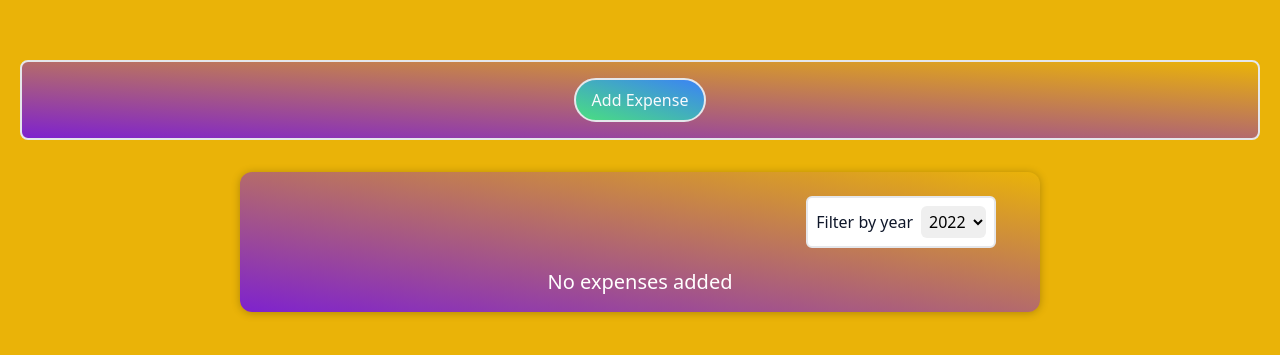
Repository: Sef24/expense-tracker
Page: /
The author's editor kept a copy of each file at every save. The page is drawn from the files as they stood at one save, then again after the next save.
The browser window is 1280 px wide. The pictures show the whole page.
The project was rebuilt for these pictures with package versions that can differ from the ones it lists, and the page was loaded fresh each time. Also part of the build but not shown: src/components/ExpenseItem.css, src/components/ExpenseDate.css, src/components/ExpenseDate.js, src/components/ExpenseItem.js, src/components/NewExpense/NewExpense.css, src/components/NewExpense/ExpenseForm.css, src/components/NewExpense/ExpenseForm.js.

Above is the page before, as saved 2022-05-03 20:48:59.

After the next save:
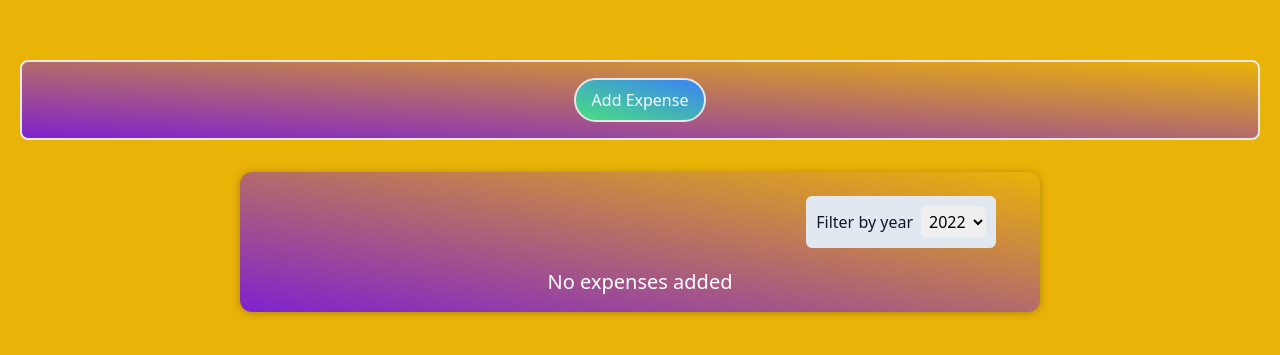
Saved 10 s later.
--- a/src/components/NewExpense/ExpensesFilter.js
+++ b/src/components/NewExpense/ExpensesFilter.js
@@ -9,7 +9,7 @@ const ExpensesFilter = (props) => {
       <div className="flex justify-end p-2 mr-5 ">
         <div
           className="border-2 rounded-md border-inherit p-2 ml-6
-        bg-white
+        bg-slate-200
         active:opacity-75 ..."
         >
           <label className="text-slate-900 font-normal mr-2">
